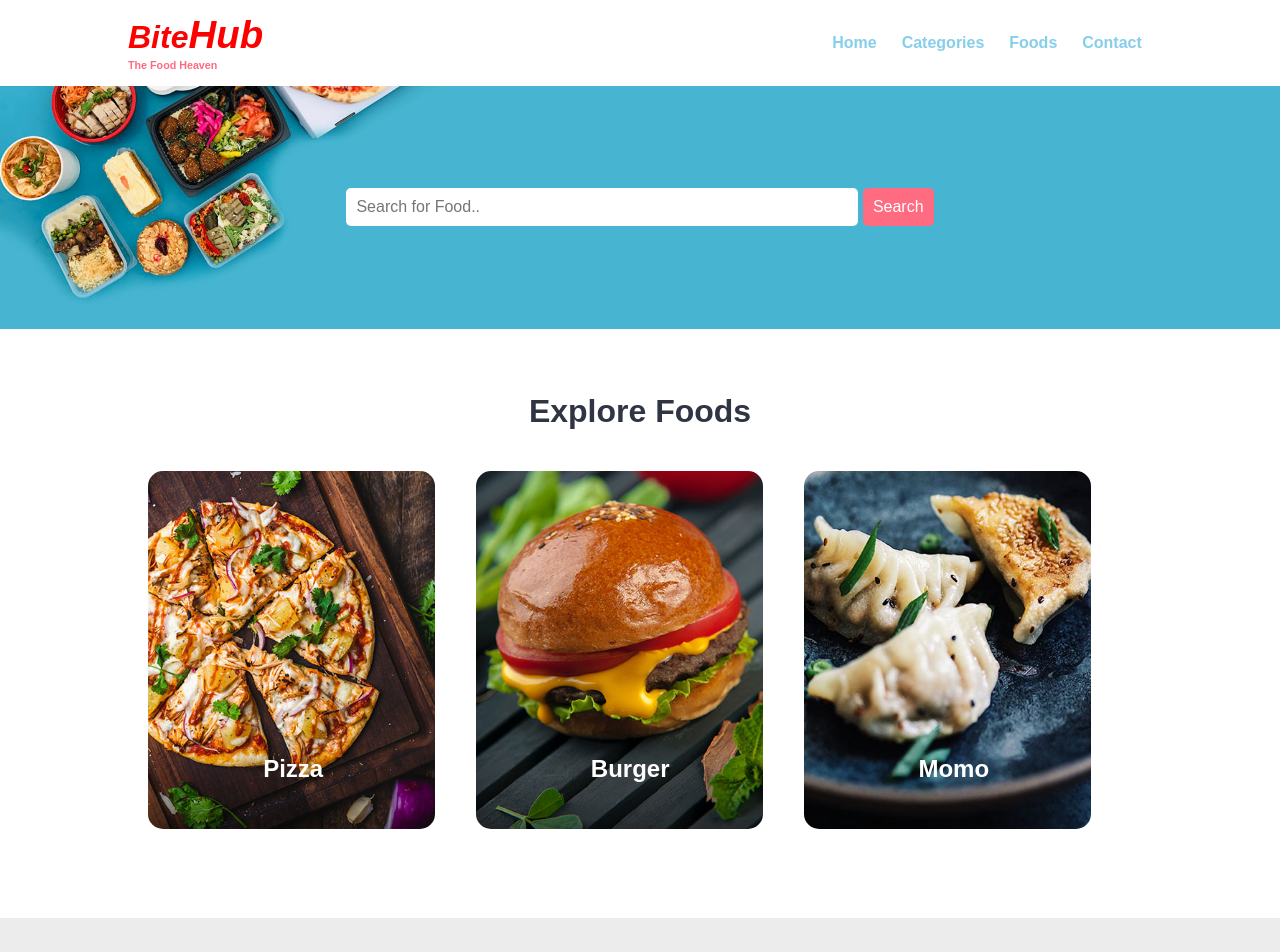
Repository: Saviour-Dagadu/food-order-front
Page: index.html
These files come from the project's save history. The page is drawn as it stood at one moment and after the next save; the edit follows.
The browser window is 1280 px wide. The pictures show the part of the page from y = 0 to 952 px (the page is 2170 px tall).
The pointer rests on the first visible `.logo h2`.
A picture or video elsewhere on the page could not be fetched, so the positions and the page height are approximate.

Above is the page before, as saved 2024-05-16 11:30:54.

After the next save:
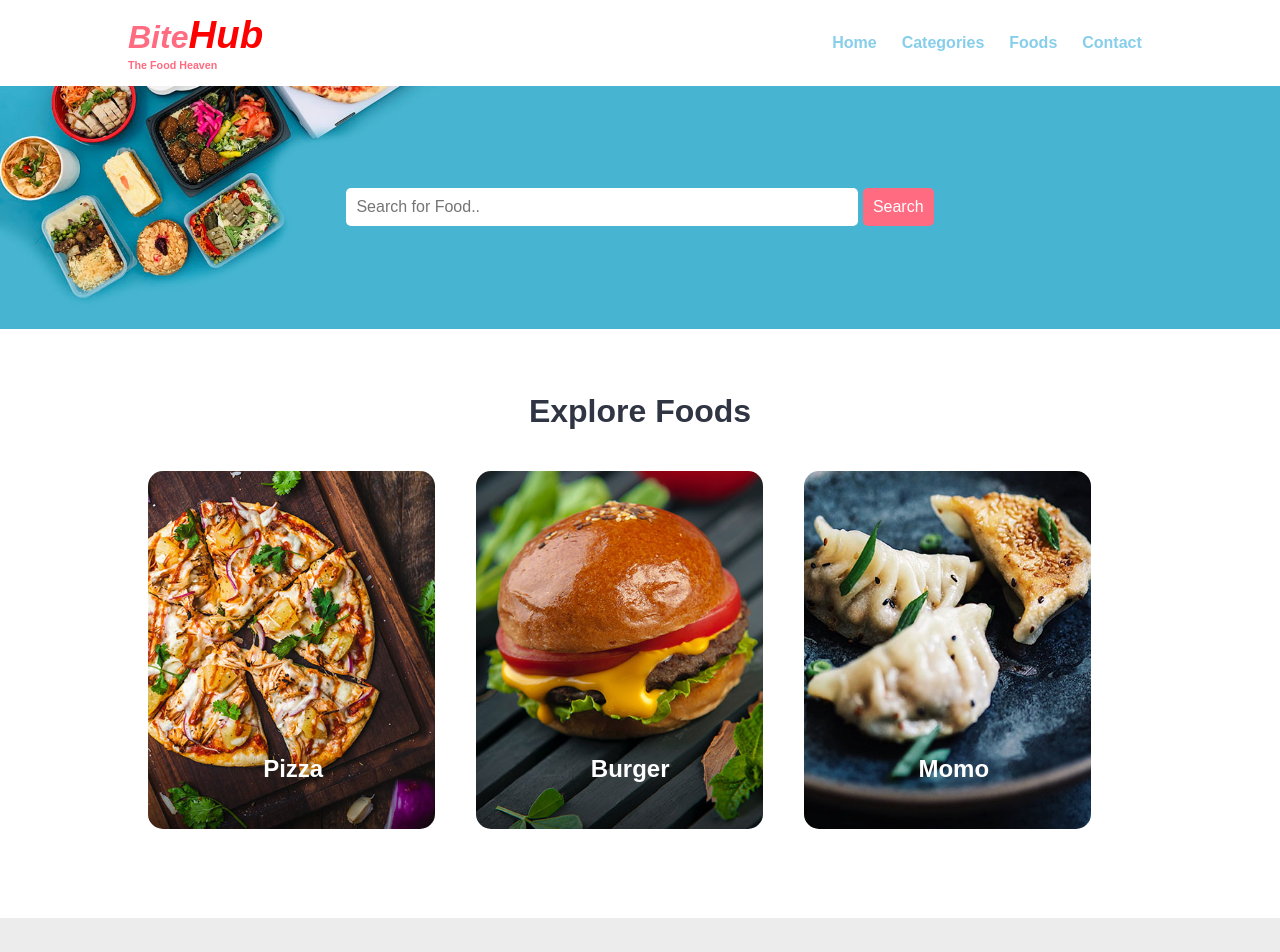
Saved 16 s later.
--- a/css/style.css
+++ b/css/style.css
@@ -97,7 +97,7 @@ fieldset{
     color: skyblue;
 }
 .logo h2:hover{
-    color: red;
+    color: #ff6b81;
     font-style: italic;
 }
 .logo h2 span{
